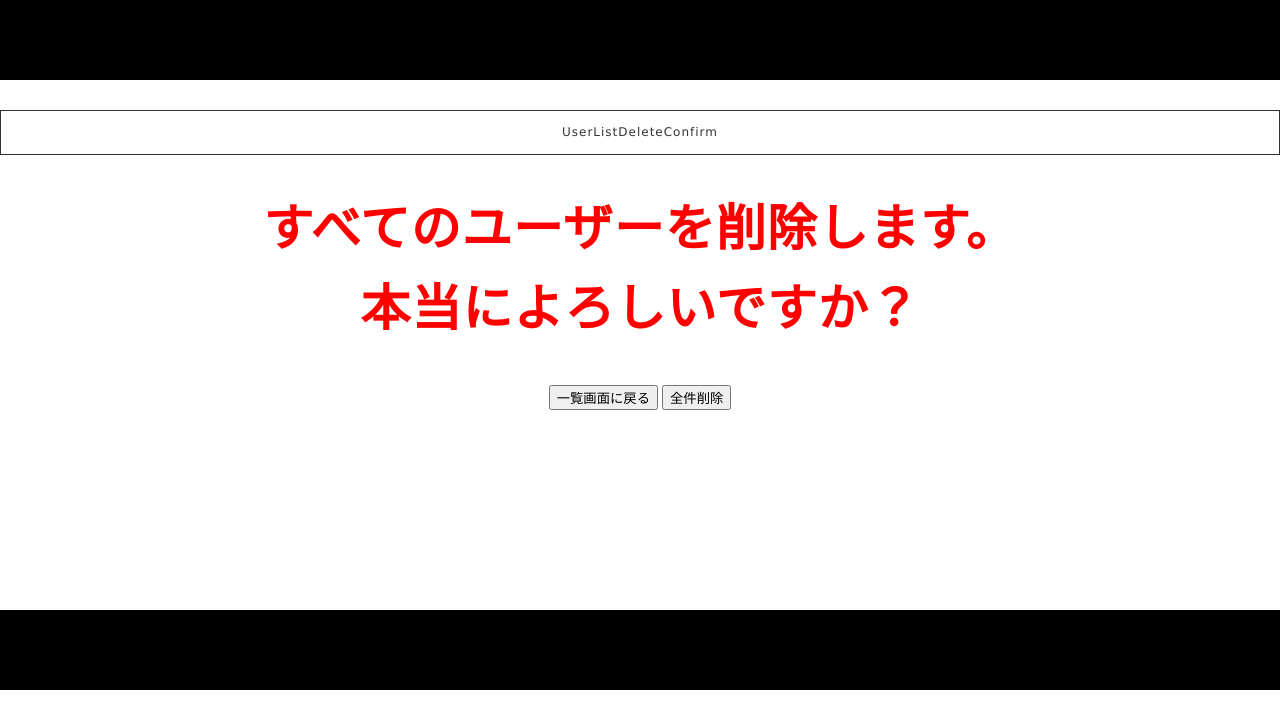
Repository: hirose0320/test
Page: http://localhost/ecsite2/userListDeleteConfirm.jsp
These files come from the project's save history. The page is drawn as it stood at one moment and after the next save; the edit follows.
The browser window is 1280 px wide. The pictures show the whole page.
Some web fonts or font styles are not loaded; a fallback is used. Some web libraries are served in a nearby version. The page is served by Tomcat 9. Other server files are loaded and not shown.

Above is the page before, as saved 2019-03-07 04:15:10.

### ecsite2/WebContent/userListDeleteConfirm.jsp
<%@ page language="java" contentType="text/html; charset=UTF-8"
	pageEncoding="UTF-8"%>
<%@ taglib prefix="s" uri="/struts-tags"%>
<!DOCTYPE html>
<html>
<head>
<meta http-equiv="Content-Type" content="text/html; charset=UTF-8" />
<meta http-equiv="Content-Style-Type" content="text/css" />
<meta http-equiv="Content-Script-Type" content="text/javascript" />
<meta http-equiv="imagetoolbar" content="no" />
<meta name="description" content="" />
<meta name="keywords" content="" />
<link href="https://fonts.googleapis.com/earlyaccess/hannari.css"
	rel="stylesheet">
<script
	src="http://ajax.googleapis.com/ajax/libs/jquery/1.9.1/jquery.min.js
"></script>
<title>削除確認画面</title>

<style type="text/css">
body {
	margin: 0;
	padding: 0;
	line-height: 1.6;
	letter-spacing: 1px;
	font-family: Verdana, Helvetica, sans-serif;
	font-size: 12px;
	color: #333;
	background: #fff;
}

table {
	text-align: center;
	margin: 0 auto;
}

h1 {
	color: red;
	font-size: 50px;
	font-family: "Hannari", cursive;
}

#top {
	width: 780ox;
	margin: 30px auto;
	border: 1px solid #333;
}

#header {
	width: 100%;
	height: 80px;
	background-color: black;
}

#main {
	width: 100%;
	height: 500px;
	text-align: center;
}

#footer {
	width: 100%;
	height: 80px;
	background-color: black;
	clear: both;
}
</style>
<script type="text/javascript">
	function submitAction(url) {
		$('form').attr('action', url);
		$('form').submit();
	}
</script>

</head>
<body>
	<div id="header">
		<div id="pr"></div>
	</div>
	<div id="main">
		<div id="top">
			<p>UserListDeleteConfirm</p>
		</div>
		<div>

			<s:form>
				<h1>
					すべてのユーザーを削除します。<br>本当によろしいですか？
				</h1>
				<tr>
					<td><input type="button" value="一覧画面に戻る"
						onclick="submitAction('UserListAction')" /></td>

					<td><input type="button" value="全件削除"
						onclick="submitAction('UserListDeleteCompleteAction')" /></td>

				</tr>
			</s:form>

		</div>
	</div>
	<div id="footer">
		<div id="pr"></div>
	</div>
</body>
</html>

After the next save:
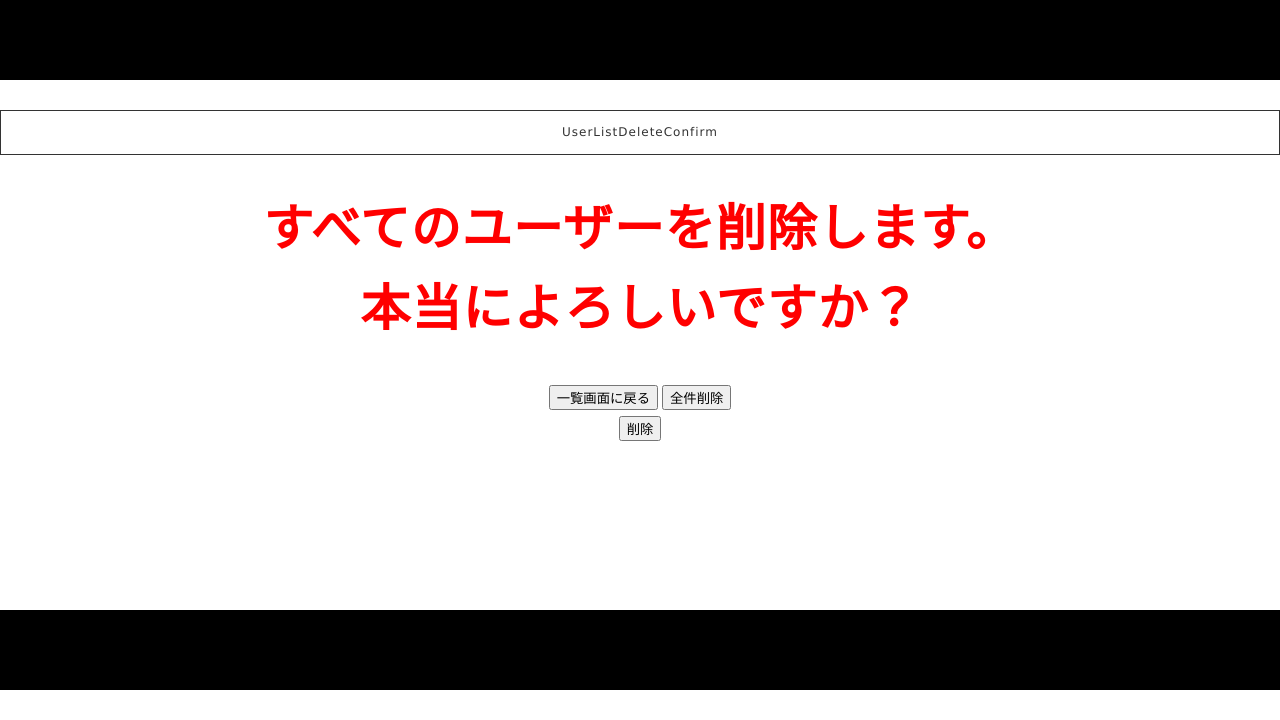
Saved 94 min 3 s later.
--- a/ecsite2/WebContent/userListDeleteConfirm.jsp
+++ b/ecsite2/WebContent/userListDeleteConfirm.jsp
@@ -92,9 +92,14 @@
 						onclick="submitAction('UserListAction')" /></td>
 
 					<td><input type="button" value="全件削除"
-						onclick="submitAction('UserListDeleteCompleteAction')" /></td>
+						onclick="submitAction('UserListDeleteCompleteAction')"/></td>
 
 				</tr>
+				<s:form action="UserListDeleteAction">
+
+					<s:submit value="削除" method="delete" />
+				</s:form>
+
 			</s:form>
 
 		</div>
